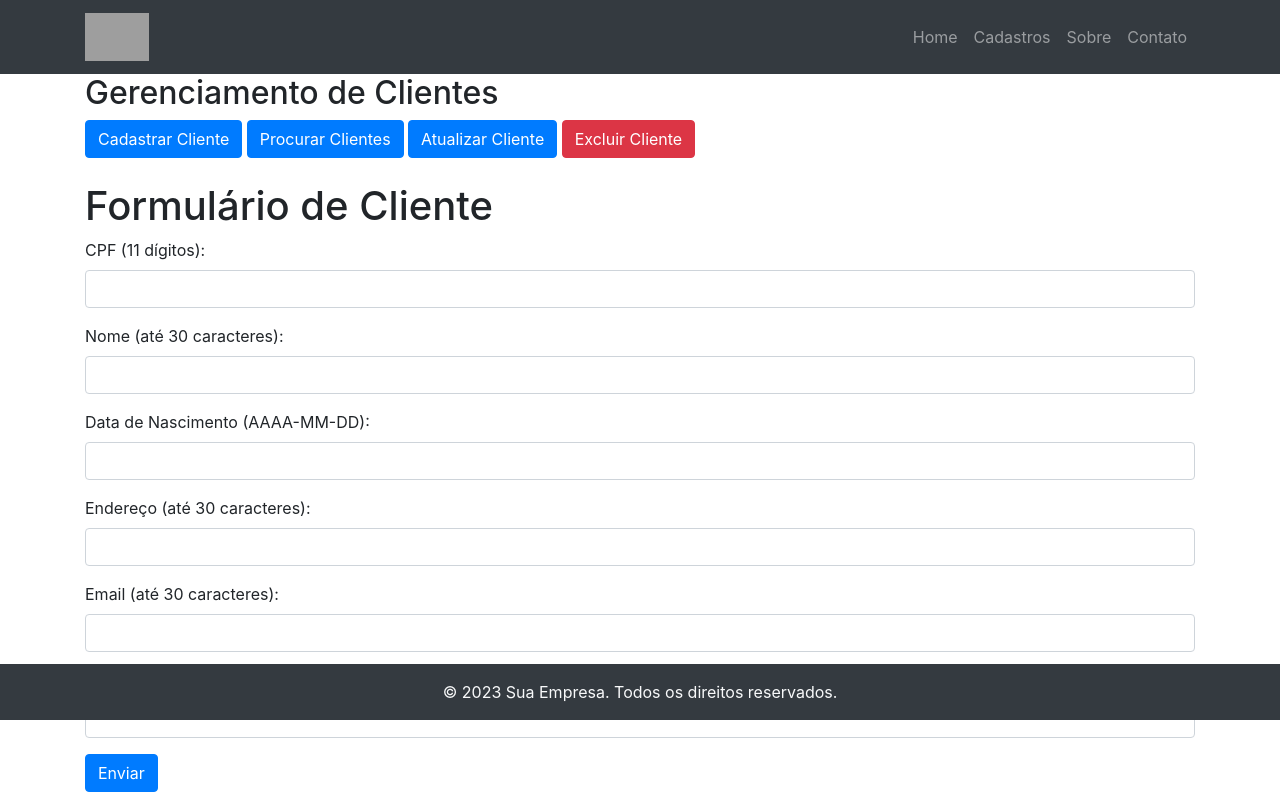
Repository: hagartelles/serveletProject
Page: http://localhost/BeltourServerlet/CreateClient.jsp
An editor plug-in stored every save of this project. The page is shown before and after the next save, followed by the edit.
The browser window is 1280 px wide. The pictures show the whole page.
Pictures or frames that could not be fetched are drawn as grey boxes. The page is served by Tomcat 9. Other server files are loaded and not shown.

Above is the page before, as saved 2023-11-06 02:20:31.

### BeltourServerlet/src/main/webapp/CreateClient.jsp
<%@ page language="java" contentType="text/html; charset=UTF-8" pageEncoding="UTF-8"%>
<!DOCTYPE html>
<html>
<head>
    <meta charset="UTF-8">
    <title>Formulário de Cliente</title>
    <!-- Incluindo arquivos CSS do Bootstrap -->
    <link href="https://maxcdn.bootstrapcdn.com/bootstrap/4.5.2/css/bootstrap.min.css" rel="stylesheet">
</head>
<body>
	    <!-- Cabeçalho -->
    <header>
        <nav class="navbar navbar-expand-lg navbar-dark  bg-dark text-light">
            <div class="container">
                <a class="navbar-brand" href="#"><img src="./icon/samurai.png" height="48px"></a>
                <button class="navbar-toggler" type="button" data-toggle="collapse" data-target="#navbarNav" aria-controls="navbarNav" aria-expanded="false" aria-label="Toggle navigation">
                    <span class="navbar-toggler-icon"></span>
                </button>
                <div class="collapse navbar-collapse" id="navbarNav">
                    <ul class="navbar-nav ml-auto">
                        <li class="nav-item">
                            <a class="nav-link" href="#">Home</a>
                        </li>
                        <li class="nav-item">
                            <a class="nav-link" href="ReadController">Cadastros</a>
                        </li>
                        <li class="nav-item">
                            <a class="nav-link" href="#sobre">Sobre</a>
                        </li>
                        <li class="nav-item">
                            <a class="nav-link" href="#contato">Contato</a>
                        </li>
                    </ul>
                </div>
            </div>
        </nav>
    </header>

    <!-- Corpo da Página -->
    <div class="container">
    <h2>Gerenciamento de Clientes</h2>

    <!-- Formulário para Ações de Cliente -->
	<form id="cliente-form">
	  <a href="CreateClient.jsp" class="btn btn-primary" name="cadastrar">Cadastrar Cliente</a>
	  <a href="ReadController" class="btn btn-primary" name="procurar">Procurar Clientes</a>
	  <a href="UpdateController" class="btn btn-primary" name="atualizar">Atualizar Cliente</a>
	  <a href="DeleteController" class="btn btn-danger" name="excluir">Excluir Cliente</a>
	</form>
  </div>

      <div class="container">
        <h1 class="mt-4">Formulário de Cliente</h1>
        <form action="CreateController" method="post">
            <div class="form-group">
                <label for="cpf">CPF (11 dígitos):</label>
                <input type="text" class="form-control" id="cpf" name="cpf" required pattern="\d{11}">
            </div>

            <div class="form-group">
                <label for="nome">Nome (até 30 caracteres):</label>
                <input type="text" class="form-control" id="nome" name="name" maxlength="30" required>
            </div>

            <div class="form-group">
                <label for="dataNasc">Data de Nascimento (AAAA-MM-DD):</label>
                <input type="text" class="form-control" id="bornDate" name="bornDate" required pattern="\d{4}-\d{2}-\d{2}">
            </div>

            <div class="form-group">
                <label for="endereco">Endereço (até 30 caracteres):</label>
                <input type="text" class="form-control" id="adress" name="adress" maxlength="30">
            </div>

            <div class="form-group">
                <label for="email">Email (até 30 caracteres):</label>
                <input type="email" class="form-control" id="email" name="email" maxlength="30">
            </div>

            <div class="form-group">
                <label for="telefone">Telefone (até 16 dígitos):</label>
                <input type="text" class="form-control" id="tel" name="tel" pattern="\d{1,16}">
            </div>

            <button type="submit" class="btn btn-primary">Enviar</button>
        </form>
    </div>

    <!-- Rodapé -->
    <footer class="bg-dark text-light text-center py-3 fixed-bottom">
        &copy; 2023 Sua Empresa. Todos os direitos reservados.
    </footer>


    <!-- Incluindo arquivos JavaScript do Bootstrap e jQuery -->
    <script src="https://code.jquery.com/jquery-3.5.1.slim.min.js"></script>
    <script src="https://cdn.jsdelivr.net/npm/bootstrap@4.5.2/dist/js/bootstrap.min.js"></script>
</body>
</html>

After the next save:
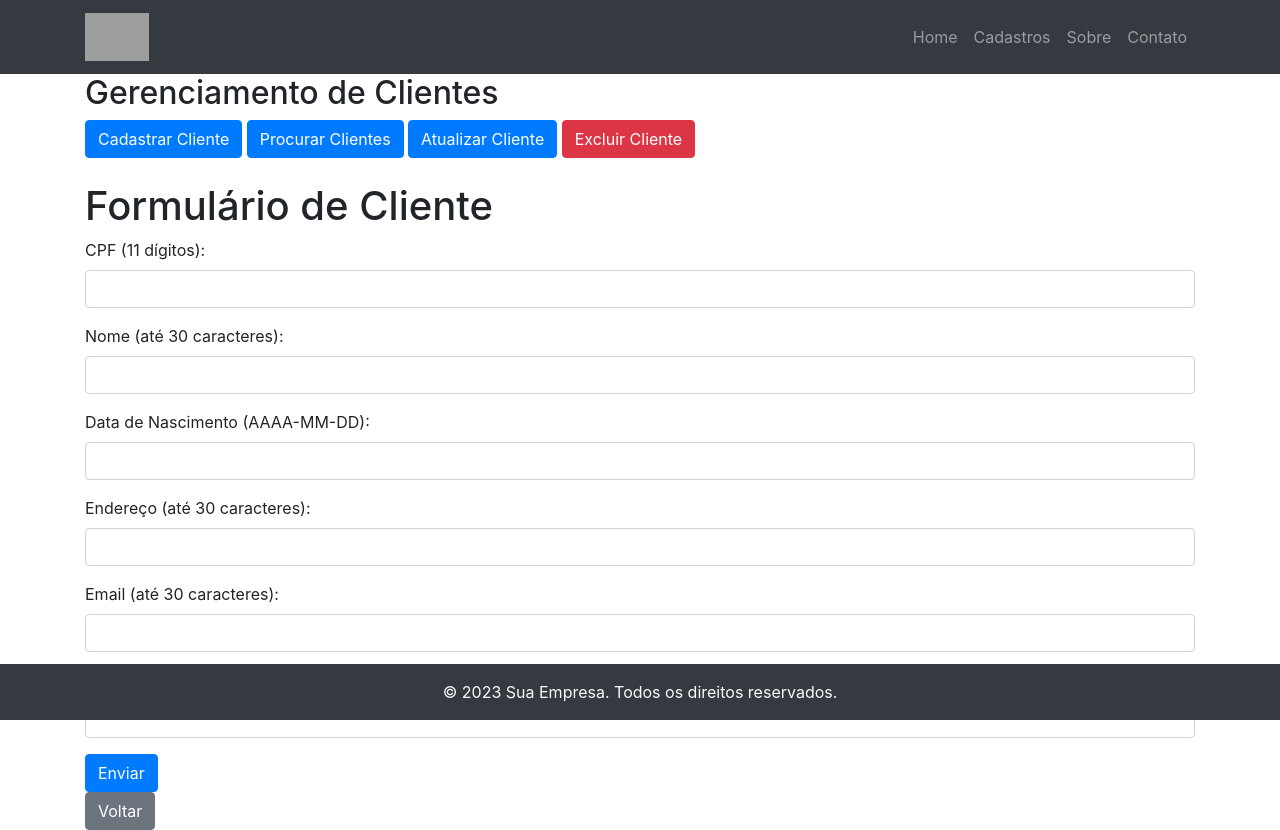
Saved 2 min 27 s later.
--- a/BeltourServerlet/src/main/webapp/CreateClient.jsp
+++ b/BeltourServerlet/src/main/webapp/CreateClient.jsp
@@ -84,6 +84,9 @@
 
             <button type="submit" class="btn btn-primary">Enviar</button>
         </form>
+        <!-- Botão para Voltar para o Index -->
+		<a href="index.html" class="btn btn-secondary">Voltar</a>
+
     </div>
 
     <!-- Rodapé -->
